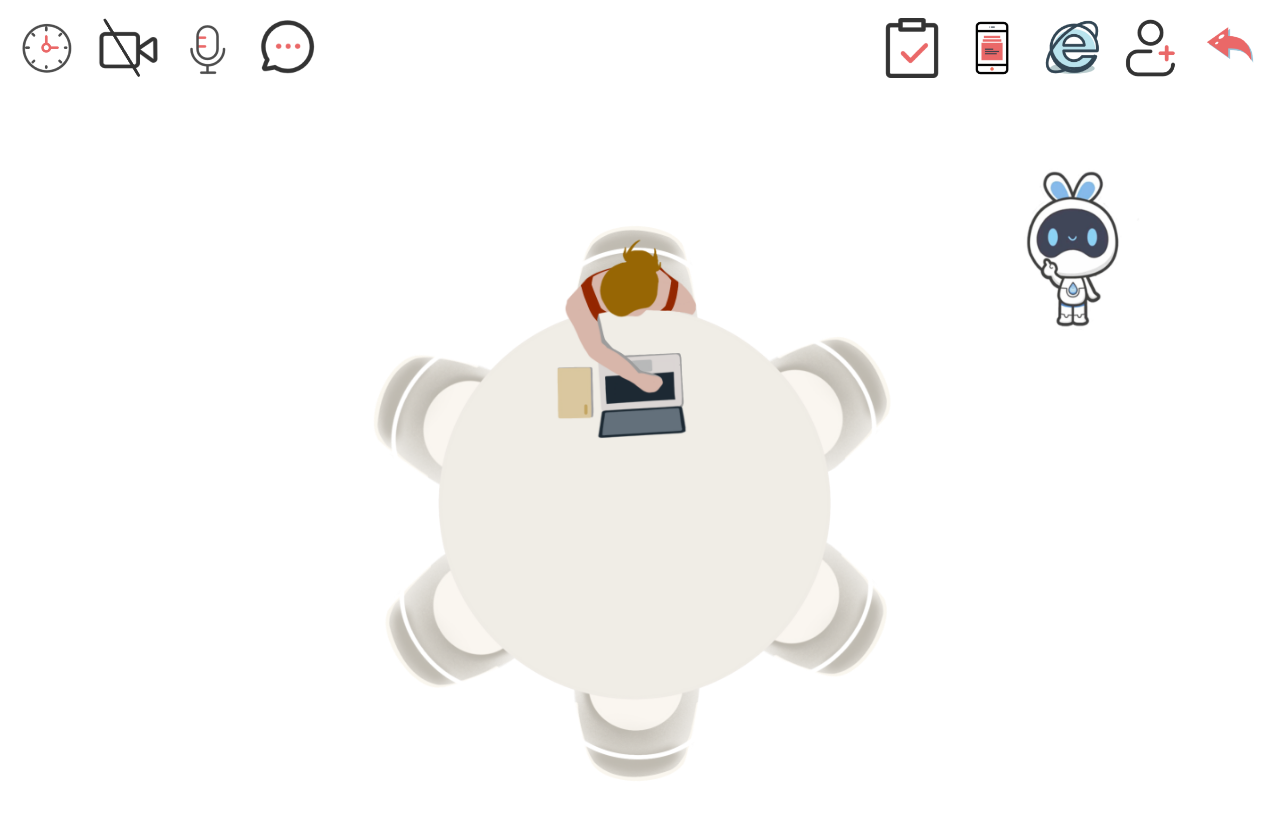
Repository: Team-Extrememe/Online-Study-Room
Page: main.html
The author's editor kept a copy of each file at every save. The page is drawn from the files as they stood at one save, then again after a run of saves.
The browser window is 1280 px wide. The pictures show the whole page.

Above is the page before, as saved 2021-10-07 15:40:07.

After the next 2 saves:
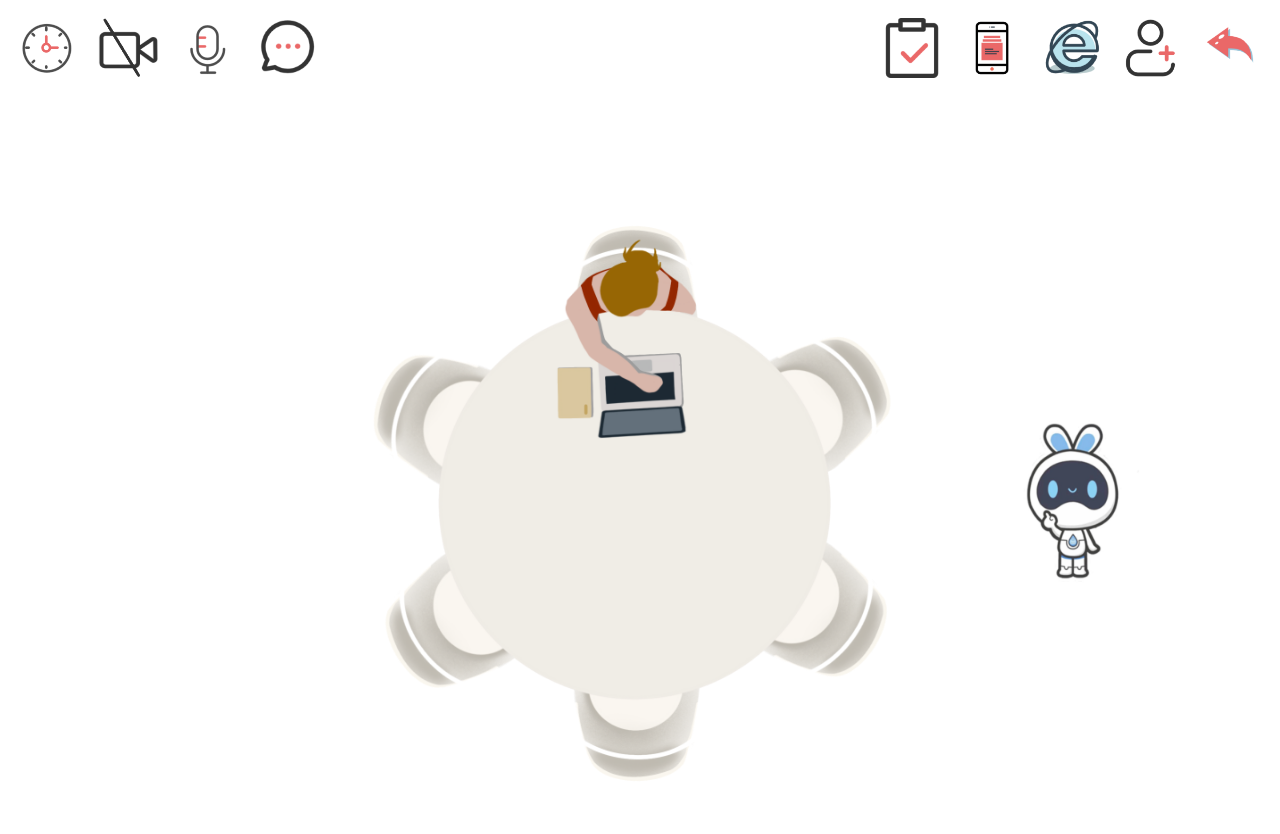
The 2 saves are shown as one change because they came seconds apart.
The last was saved 29 s later.
--- a/css/styles.css
+++ b/css/styles.css
@@ -64,7 +64,7 @@
 	/* position: absolute; */
 	position: absolute;
 	/* float: right; */
-	top: 15%;
+	top: 50%;
 	right: 10px;
 	/* right: 0; */
 	/* margin-top: 20%; */
